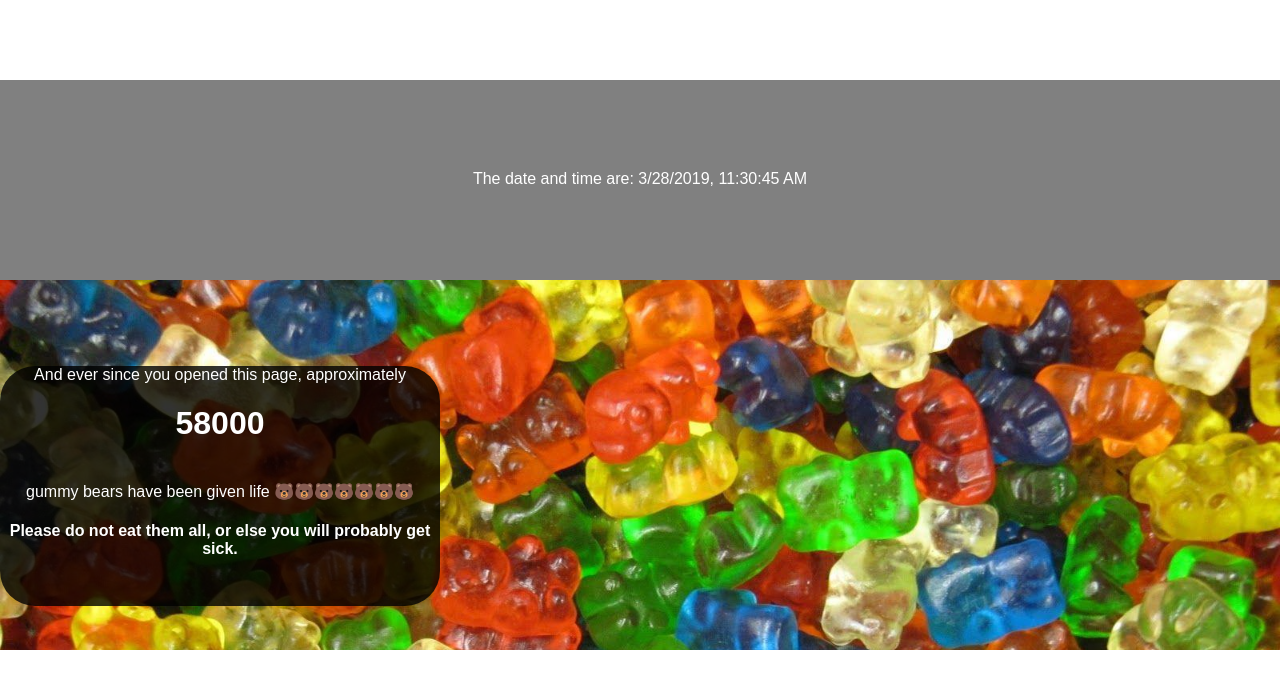
Repository: crispinonicky/gummy-facts
Page: /
The author's editor kept a copy of each file at every save. The page is drawn from the files as they stood at one save, then again after the next save.
The browser window is 1280 px wide. The pictures show the whole page.
The project was rebuilt for these pictures with package versions that can differ from the ones it lists, and the page was loaded fresh each time.

Above is the page before, as saved 2019-03-28 15:41:51.

### src/App.js
import React, { Component } from 'react';
import './App.css';
import Clock from './components/Clock';
import GummyCount from './components/GummyCount';
import Map from './components/Map';


class App extends Component {
  constructor(props){
    super(props)

    this.state = {
      name: "Nick"
    }

  }



  render() {
    return (
      <div className="App">


      <h1>
        Hi {this.state.name}!
      </h1>

        <Clock />
        <GummyCount />
        <Map />


      </div>
    );
  }
}

export default App;

### src/App.css
.App {
  text-align: center;
  margin: 0 auto;
  font-family: Arial, Helvetica, sans-serif;
  color: white;
}

.Clock {
  height: 200px;
  background: gray;
}

.Clock p {
  position: relative;
  top: 90px;

}

.Count {
  height: 300px;
  background: url('./images/gummy\ bears.jpg');
  background-size: cover;
  padding-top: 70px;

}

.gray-box{
  background-color: rgba(0, 0, 0, 0.8);
  height: 240px;
  width: 440px;
  border-radius: 35px;
}

/* #googleMap {
  height: 300px;
  width: 400px;
} */

### src/components/Clock.js
import React, { Component } from "react";
import "../App.css";

let time = new Date().toLocaleString();

class Clock extends React.Component {
  constructor(props) {

    super(props)
    this.state = {
      time: new Date().toLocaleString(),
    };
  }

  componentDidMount() {
    this.intervalID = setInterval(
      () => this.tick(),
      1000
    )
  }

  componentWillUnmount() {
    clearInterval(this.intervalID);
  }

  tick() {
    this.setState({
      time: new Date().toLocaleString()
    });
  }

  render() {
    return (
      <div className = "Clock">
      <p>
        The date and time are: {this.state.time}
      </p>
      </div>
    );
  }
}

console.log(typeof time)


export default Clock;

### src/components/GummyCount.js
const React = require('react')

class GummyCount extends React.Component {
  constructor(props) {
    super(props);
    this.state = {
      seconds: 0,
    };
  }

  tick() {
    this.setState(state => ({
      seconds: state.seconds + 1
    }));
  }

  componentDidMount() {
    this.interval = setInterval(() => this.tick(), 10);
  }

  componentWillUnmount() {
    clearInterval(this.interval);
  }

  render() {

    return (
<div>
      <div className = "Count">
      <div className = "gray-box">
        <p>
        And ever since you opened this page, approximately
        <br/>
        <h1>{this.state.seconds * 116}</h1>
        <br/>
        gummy bears have been given life 🐻🐻🐻🐻🐻🐻🐻
        </p>
        <h4>
          Please do not eat them all, or else you will probably get sick.
        </h4>
        </div>
      </div>
      </div>
    );
  }
}

export default GummyCount;

### src/components/Map.js
import React, { Component } from 'react';
import '../App.css';

// my map: https://maps.googleapis.com/maps/api/js?key=AIzaSyCrbuDGnqcHSG6nK1oo2PyiiXvsyWLZelo&callback=myMap

class Map extends React.Component {
  constructor(props){
    super(props)

    this.state = {
      name: "Nick"
    }

  }



  render() {
    return (
      <div className="Map">

<div id="googleMap">

</div>



      </div>
    );
  }
}

export default Map;

Loaded but not shown: public/index.html (common file); src/index.js (common file); src/index.css (common file); src/serviceWorker.js (common file)

After the next save:
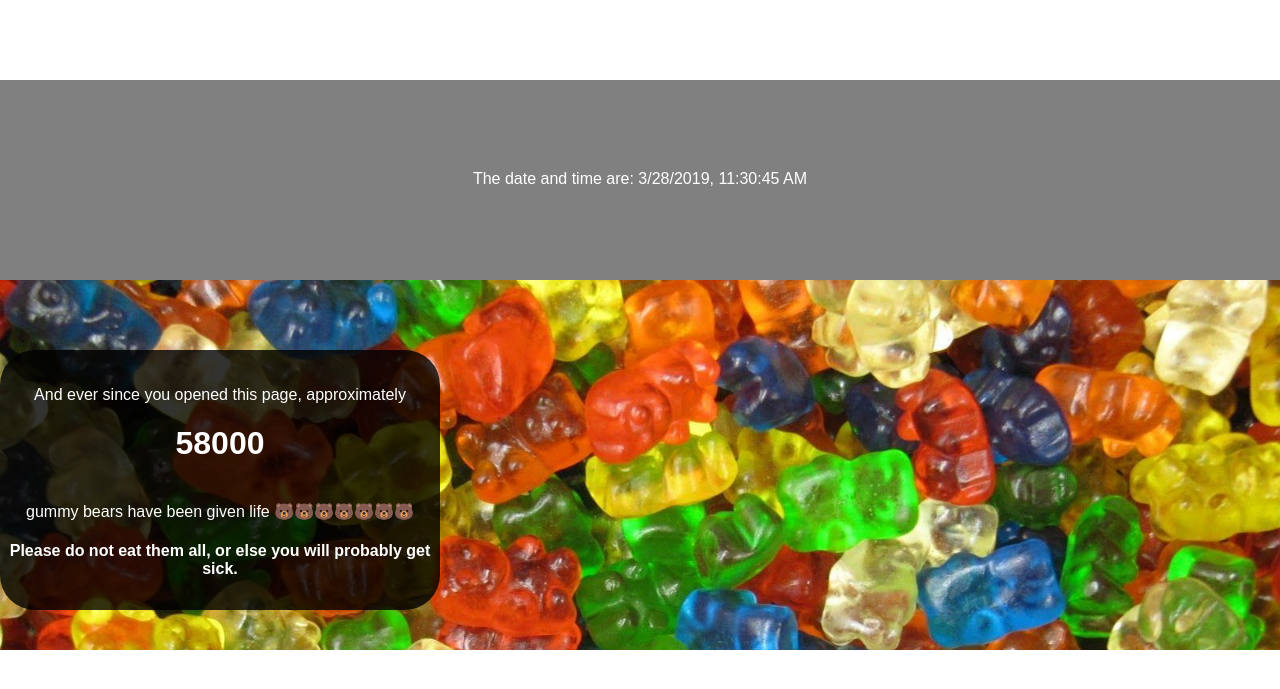
Saved 7 s later.
--- a/src/App.css
+++ b/src/App.css
@@ -25,6 +25,7 @@
 }
 
 .gray-box{
+  padding-top: 20px;
   background-color: rgba(0, 0, 0, 0.8);
   height: 240px;
   width: 440px;
